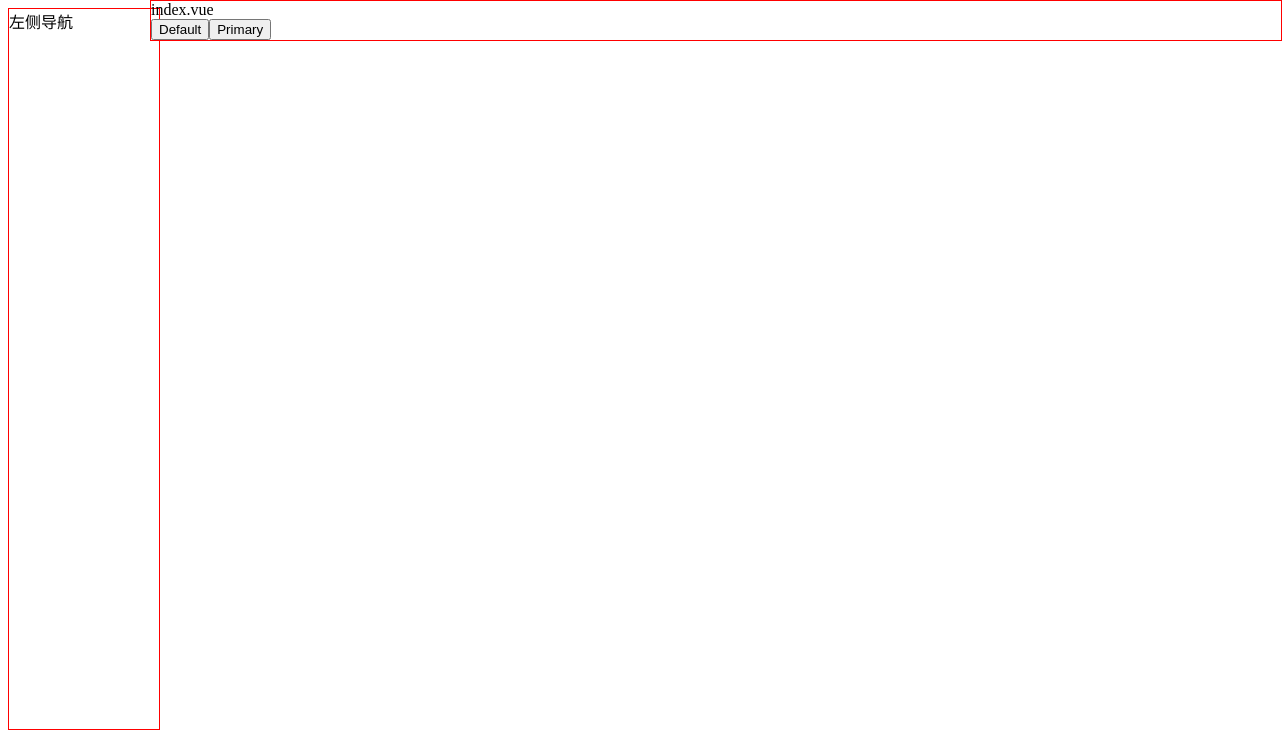
Repository: hanjinning/basicVueProject
Page: /
These files come from the project's save history. The page is drawn as it stood at one moment and after the next save; the edit follows.
The browser window is 1280 px wide. The page is 1282 px wide, so the pictures cover 1282 px, including what lies to the right of the window. The pictures show the whole page.
The page's requests for data from a server got no answer. The project was rebuilt for these pictures with package versions that can differ from the ones it lists, and the page was loaded fresh each time. No one was signed in, and anything a server would have sent is missing. Also part of the build but not shown: vue.config.js, src/components/HelloWorld.vue, src/views/Home.vue.

Above is the page before, as saved 2021-03-18 10:53:51.

After the next save:
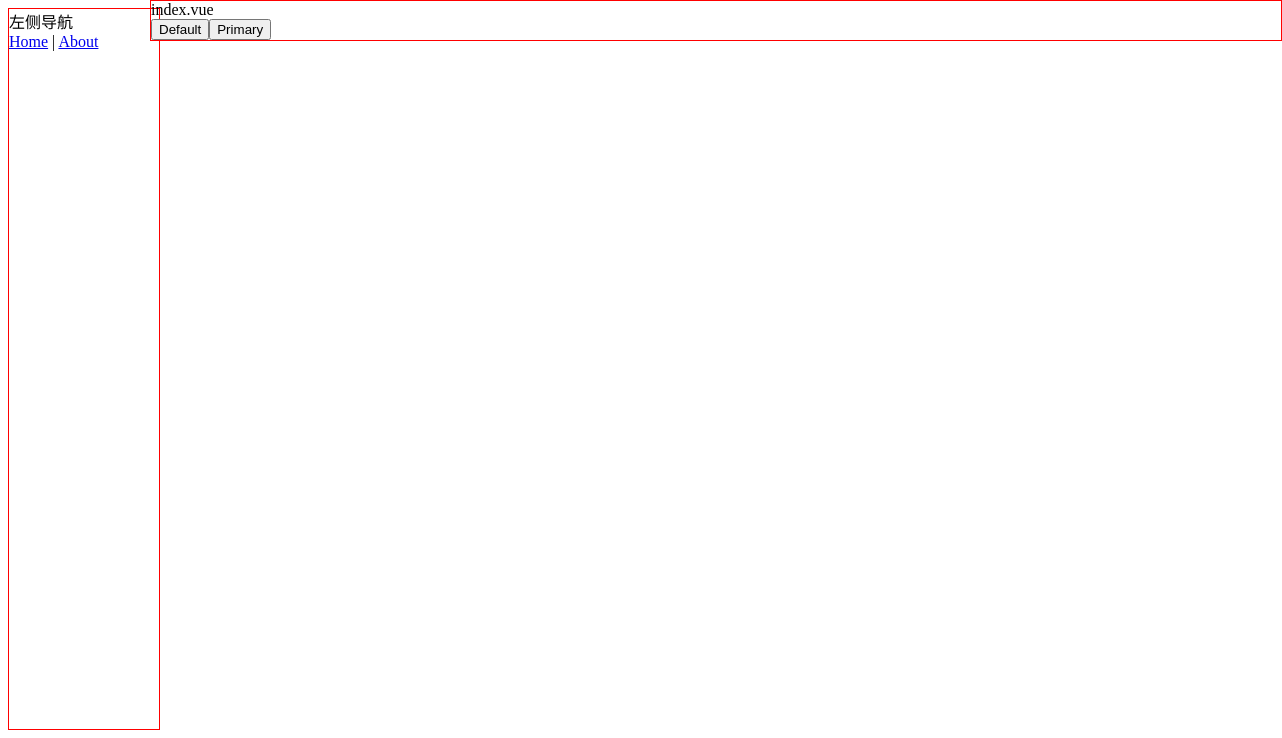
Saved 36 s later.
--- a/src/components/leftNav.vue
+++ b/src/components/leftNav.vue
@@ -1,6 +1,12 @@
 <template>
 <div id="leftNav">
+    <div>
     左侧导航
+    </div>
+    <div id="nav">
+      <router-link to="/">Home</router-link> |
+      <router-link to="/about">About</router-link>
+    </div>
 </div>
 </template>
 
